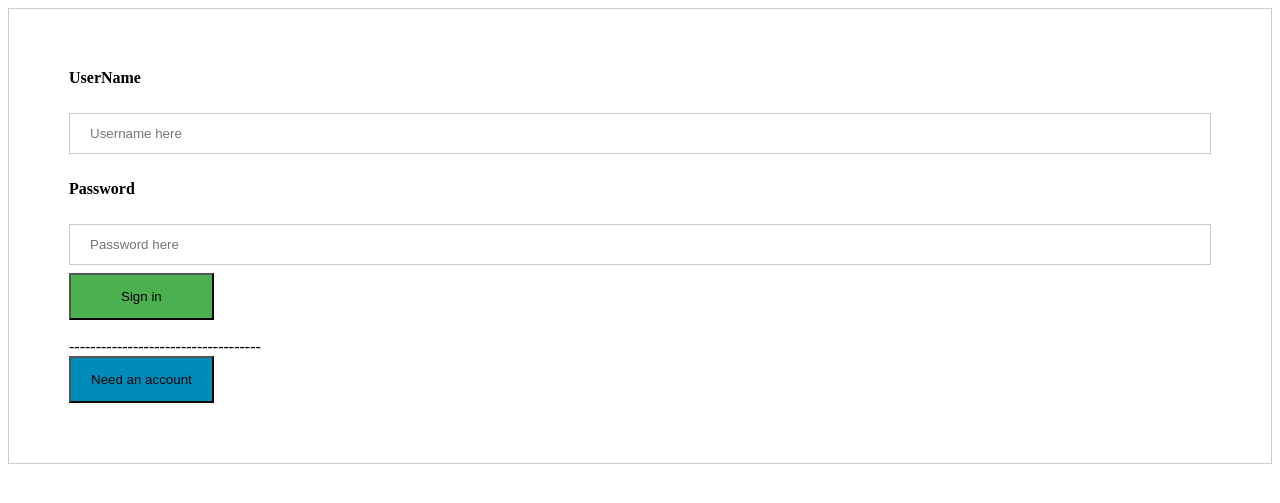
Repository: hamshini/demopro
Page: wippro/Application/WebContent/signin.html
The author's editor kept a copy of each file at every save. The page is drawn from the files as they stood at one save, then again after the next save.
The browser window is 1280 px wide. The pictures show the whole page.

Above is the page before, as saved 2018-01-06 06:02:27.

After the next save:
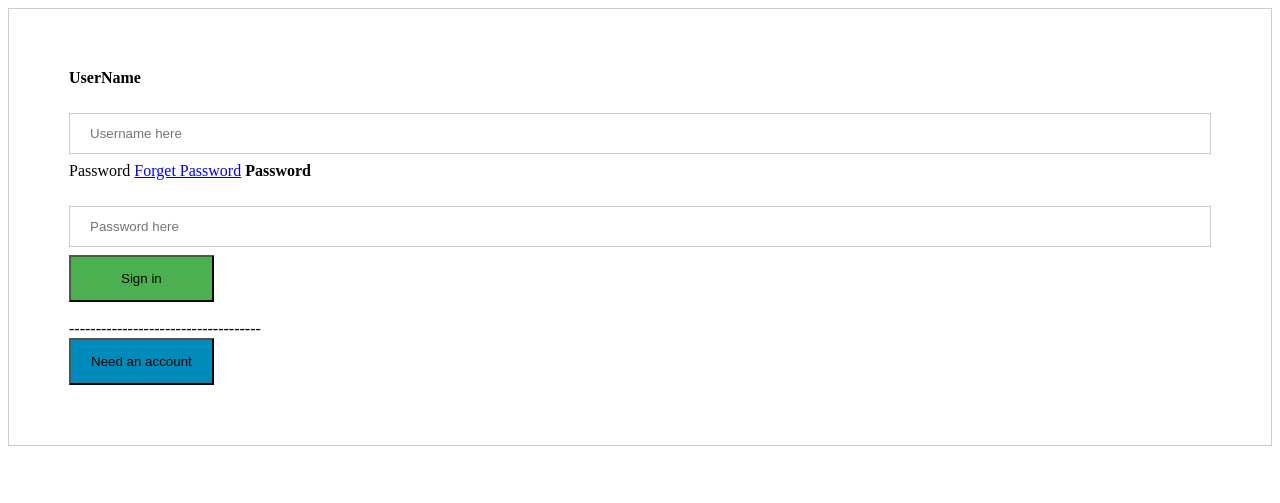
Saved 6 min 44 s later.
--- a/wippro/Application/WebContent/signin.html
+++ b/wippro/Application/WebContent/signin.html
@@ -36,7 +36,7 @@ input[type=text], input[type=password] {
 			<input type="text"
 				placeholder="Username here" class="form-control" name="user"
 				required><br>
-				<br>
+				<label>Password</label>  <a href="forgetpass.html">Forget Password</a>
 				 <label><b>Password</b></label> <br>
 				<br>
 			<input type="password" placeholder="Password here" class="form-control"
